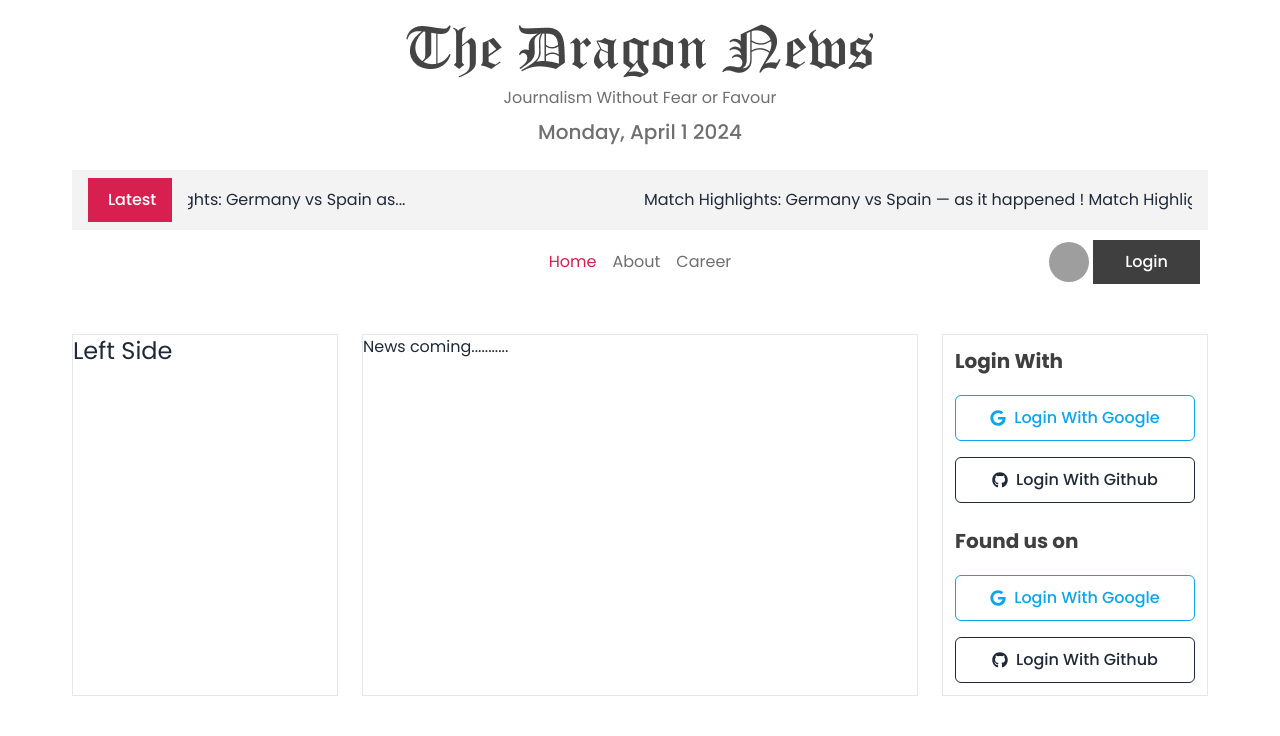
Repository: ShouravAhammed/react-dragon-news-auth
Page: /
The author's editor kept a copy of each file at every save. The page is drawn from the files as they stood at one save, then again after the next save.
The browser window is 1280 px wide. The pictures show the whole page.
Pictures or frames that could not be fetched are drawn as grey boxes. The project was rebuilt for these pictures with package versions that can differ from the ones it lists, and the page was loaded fresh each time. Also part of the build but not shown: vite.config.js, src/pages/About/About.jsx, src/pages/Career/Career.jsx.

Above is the page before, as saved 2024-04-13 04:46:20.

### src/main.jsx
import React from 'react'
import ReactDOM from 'react-dom/client'
import './index.css'
import { RouterProvider } from 'react-router-dom'
import router from './Routes/Routes.jsx'

ReactDOM.createRoot(document.getElementById('root')).render(
  <React.StrictMode>
    <RouterProvider router={router}/>
  </React.StrictMode>,
)

### src/Routes/Routes.jsx
import Root from "../layout/Root";

import {
    createBrowserRouter,
  } from "react-router-dom";
import Home from "../pages/Home/Home";
import About from "../pages/About/About";
import Career from "../pages/Career/Career";

const router = createBrowserRouter([
    {
        path: '/',
        element: <Root></Root>,
        children: [
            {

                path: '/',
                element: <Home></Home>,
            },
            {

                path: '/about',
                element: <About></About>,
            },
            {

                path: '/career',
                element: <Career></Career>,
            },

        ]
    }
])

export default router;

### src/layout/Root.jsx
import { Outlet } from "react-router-dom";


const Root = () => {
    return (
        <div className="max-w-6xl mx-auto font-poppins px-2">
            <Outlet></Outlet>
        </div>
    );
};

export default Root;

### src/pages/Home/Home.jsx
import BreakingNews from "../BreakingNews/BreakingNews";
import Header from "../Shared/Header/Header";
import LeftSideNav from "../Shared/LeftSideNav/LeftSideNav";
import Navbar from "../Shared/Navbar/Navbar";
import RightSideNav from "../Shared/RIghtSideNav/RightSideNav";


const Home = () => {
    return (
        <div>
            <Header></Header>
            <BreakingNews></BreakingNews>
            <Navbar></Navbar>
            <div className="grid grid-cols-1 md:grid-cols-4 gap-6 my-10">
                <div className="col-span-1 border">
                    <LeftSideNav></LeftSideNav>
                </div>
                <div className="col-span-2 border">News coming...........</div>
                <div className="col-span-1 border">
                    <RightSideNav></RightSideNav>
                </div>
            </div>
        </div>
    );
};

export default Home;

### src/pages/BreakingNews/BreakingNews.jsx
import Marquee from "react-fast-marquee";
import { Link } from "react-router-dom";

const BreakingNews = () => {
  return (
    <div className="flex items-center gap-4 px-4 py-2 bg-[#F3F3F3]">
      <Link
        to={"/"}
        className="px-5 py-2.5 relative group overflow-hidden font-medium bg-[#D72050] text-white inline-block"
      >
        <span className="absolute top-0 left-0 flex w-full h-0 mb-0 transition-all duration-200 ease-out transform translate-y-0 bg-gray-50 group-hover:h-full"></span>
        <span className="relative group-hover:text-[#D72050]">Latest</span>
      </Link>
      <Marquee pauseOnHover={true} speed={100}>
        <p>
          Match Highlights: Germany vs Spain — as it happened ! Match
          Highlights: Germany vs Spain as...
        </p>
      </Marquee>
    </div>
  );
};

export default BreakingNews;

### src/pages/Shared/Header/Header.jsx

import moment from 'moment';
import logo from '../../../assets/logo.png'
const Header = () => {
    return (
        <div className=' space-y-2 text-center my-6'>
            <img className='mx-auto' src={logo} alt="" />
            <h3 className='text-[#18px] font-normal text-[#706F6F]'>Journalism Without Fear or Favour</h3>
            <p className='text-xl text-[#706F6F] font-medium'>{moment().format("dddd, MMMM D YYYY")}</p>
        </div>
    );
};

export default Header;

### src/pages/Shared/LeftSideNav/LeftSideNav.jsx

const LeftSideNav = () => {
    return (
        <div>
            <h3 className='text-2xl'>Left Side</h3>
        </div>
    );
};

export default LeftSideNav;

### src/pages/Shared/Navbar/Navbar.jsx
import { Link, NavLink } from "react-router-dom";
import DefaultUser from '../../../assets/user.png'

const Navbar = () => {

    const navLinks =
    <>
        <li><NavLink to={'/'} className={({isActive}) => isActive ? 'text-[#D72050]' : 'text-[#706F6F]'}>Home</NavLink></li>
        <li><NavLink to={'/about'} className={({isActive}) => isActive ? 'text-[#D72050]' : 'text-[#706F6F]'}>About</NavLink></li>
        <li><NavLink to={'/career'} className={({isActive}) => isActive ? 'text-[#D72050]' : 'text-[#706F6F]'}>Career</NavLink></li>
    </>

    return (
        <div>
            <div className="navbar">
  <div className="navbar-start">
    <div className="dropdown">
      <div tabIndex={0} role="button" className="btn btn-ghost lg:hidden">
        <svg xmlns="http://www.w3.org/2000/svg" className="h-5 w-5" fill="none" viewBox="0 0 24 24" stroke="currentColor"><path strokeLinecap="round" strokeLinejoin="round" strokeWidth="2" d="M4 6h16M4 12h8m-8 6h16" /></svg>
      </div>
      <ul tabIndex={0} className=" menu-sm dropdown-content mt-3 z-[1] p-2 shadow bg-base-100 rounded-box w-52 text-[#706F6F] font-normal text-[18px]">
        {navLinks}
      </ul>
    </div>
  </div>
  <div className="navbar-center hidden lg:flex">
    <ul className="flex justify-center items-center gap-4 menu-horizontal px-1">
      {navLinks}
    </ul>
  </div>
  <div className="navbar-end">
  <div tabIndex={0} role="button" className="btn btn-ghost btn-circle avatar">
        <div className="w-10 rounded-full">
          <img alt="Tailwind CSS Navbar component" src={DefaultUser} />
        </div>
      </div>

  <Link
        className="px-8 py-2.5 relative group overflow-hidden font-medium bg-[#403F3F] text-white inline-block"
      >
        <span className="absolute top-0 left-0 flex w-full h-0 mb-0 transition-all duration-200 ease-out transform translate-y-0 bg-gray-50 group-hover:h-full"></span>
        <span className="relative group-hover:text-[#403F3F]">Login</span>
      </Link>
  </div>
</div>
        </div>
    );
};

export default Navbar;

### src/pages/Shared/RIghtSideNav/RightSideNav.jsx
import BtnLogin from "../../../Components/btnLogin/BtnLogin";


const RightSideNav = () => {
    return (
        <div>
            <BtnLogin></BtnLogin>
        </div>
    );
};

export default RightSideNav;

### src/Components/btnLogin/BtnLogin.jsx
import { FaGithub, FaGoogle } from "react-icons/fa";


const BtnLogin = () => {
    return (
        <div>
            <div className="p-3">
            <h3 className="text-xl font-bold text-[#403F3F]">Login With</h3>
            <div className="mt-5 space-y-4">
            <button
        className="w-full px-8 py-2.5 relative group overflow-hidden font-medium bg-white text-sky-500 inline-block border-sky-500 border rounded-md"
      >
        <span className="absolute top-0 left-0 flex w-full h-0 mb-0 transition-all duration-200 ease-out rounded-md transform translate-y-0 bg-sky-500 group-hover:h-full"></span>
        <div className="flex justify-center items-center gap-2">
        <span className="relative group-hover:text-white"><FaGoogle/></span>
        <span className="relative group-hover:text-white">Login With Google</span>
        </div>
      </button>
            <button
        className="w-full px-8 py-2.5 relative group overflow-hidden font-medium bg-white text-gray-800 inline-block border-gray-800 border rounded-md"
      >
        <span className="absolute top-0 left-0 flex w-full h-0 mb-0 transition-all duration-200 ease-out rounded-md transform translate-y-0 bg-gray-800 group-hover:h-full"></span>
        <div className="flex justify-center items-center gap-2">
        <span className="relative group-hover:text-white"><FaGithub /></span>
        <span className="relative group-hover:text-white">Login With Github</span>
        </div>
      </button>
            </div>
        </div>
            <div className="p-3">
            <h3 className="text-xl font-bold text-[#403F3F]">Found us on</h3>
            <div className="mt-5 space-y-4">
            <button
        className="w-full px-8 py-2.5 relative group overflow-hidden font-medium bg-white text-sky-500 inline-block border-sky-500 border rounded-md"
      >
        <span className="absolute top-0 left-0 flex w-full h-0 mb-0 transition-all duration-200 ease-out rounded-md transform translate-y-0 bg-sky-500 group-hover:h-full"></span>
        <div className="flex justify-center items-center gap-2">
        <span className="relative group-hover:text-white"><FaGoogle/></span>
        <span className="relative group-hover:text-white">Login With Google</span>
        </div>
      </button>
            <button
        className="w-full px-8 py-2.5 relative group overflow-hidden font-medium bg-white text-gray-800 inline-block border-gray-800 border rounded-md"
      >
        <span className="absolute top-0 left-0 flex w-full h-0 mb-0 transition-all duration-200 ease-out rounded-md transform translate-y-0 bg-gray-800 group-hover:h-full"></span>
        <div className="flex justify-center items-center gap-2">
        <span className="relative group-hover:text-white"><FaGithub /></span>
        <span className="relative group-hover:text-white">Login With Github</span>
        </div>
      </button>
            </div>
        </div>
        </div>
    );
};

export default BtnLogin;

### tailwind.config.js
/** @type {import('tailwindcss').Config} */
export default {
  content: [
    "./index.html",
    "./src/**/*.{js,ts,jsx,tsx}",
  ],
  theme: {
    extend: {
      fontFamily: {
        poppins: '"Poppins", sans-serif;', // Adds a new `font-display` class
      }
    }
  },
  plugins: [require("daisyui")],
}

Loaded but not shown: index.html (common file); src/index.css (common file)

After the next save:
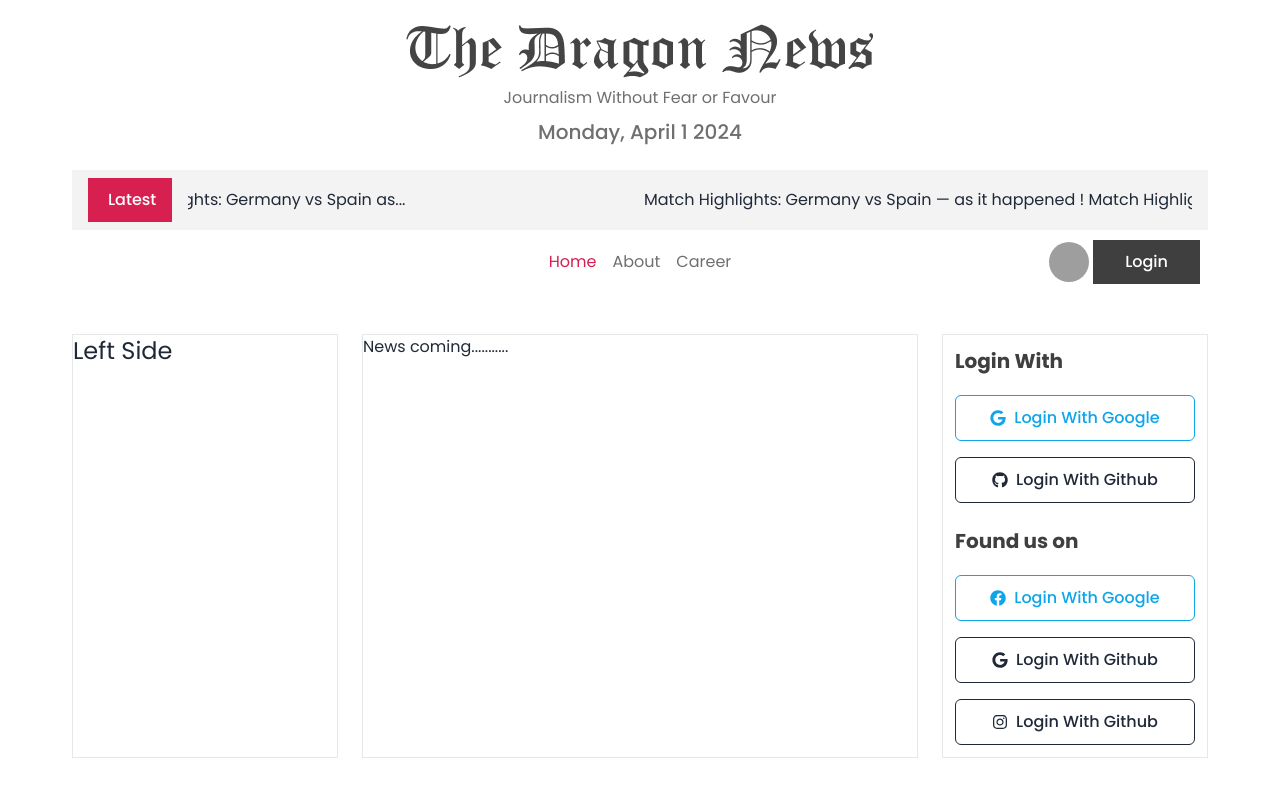
Saved 20 h 52 min later.
--- a/src/Components/btnLogin/BtnLogin.jsx
+++ b/src/Components/btnLogin/BtnLogin.jsx
@@ -1,4 +1,4 @@
-import { FaGithub, FaGoogle } from "react-icons/fa";
+import { FaFacebook, FaGithub, FaGoogle, FaInstagram } from "react-icons/fa";
 
 
 const BtnLogin = () => {
@@ -35,7 +35,7 @@ const BtnLogin = () => {
       >
         <span className="absolute top-0 left-0 flex w-full h-0 mb-0 transition-all duration-200 ease-out rounded-md transform translate-y-0 bg-sky-500 group-hover:h-full"></span>
         <div className="flex justify-center items-center gap-2">
-        <span className="relative group-hover:text-white"><FaGoogle/></span>
+        <span className="relative group-hover:text-white"><FaFacebook/></span>
         <span className="relative group-hover:text-white">Login With Google</span>
         </div>
       </button>
@@ -44,7 +44,16 @@ const BtnLogin = () => {
       >
         <span className="absolute top-0 left-0 flex w-full h-0 mb-0 transition-all duration-200 ease-out rounded-md transform translate-y-0 bg-gray-800 group-hover:h-full"></span>
         <div className="flex justify-center items-center gap-2">
-        <span className="relative group-hover:text-white"><FaGithub /></span>
+        <span className="relative group-hover:text-white"><FaGoogle /></span>
+        <span className="relative group-hover:text-white">Login With Github</span>
+        </div>
+      </button>
+            <button
+        className="w-full px-8 py-2.5 relative group overflow-hidden font-medium bg-white text-gray-800 inline-block border-gray-800 border rounded-md"
+      >
+        <span className="absolute top-0 left-0 flex w-full h-0 mb-0 transition-all duration-200 ease-out rounded-md transform translate-y-0 bg-gray-800 group-hover:h-full"></span>
+        <div className="flex justify-center items-center gap-2">
+        <span className="relative group-hover:text-white"><FaInstagram /></span>
         <span className="relative group-hover:text-white">Login With Github</span>
         </div>
       </button>
